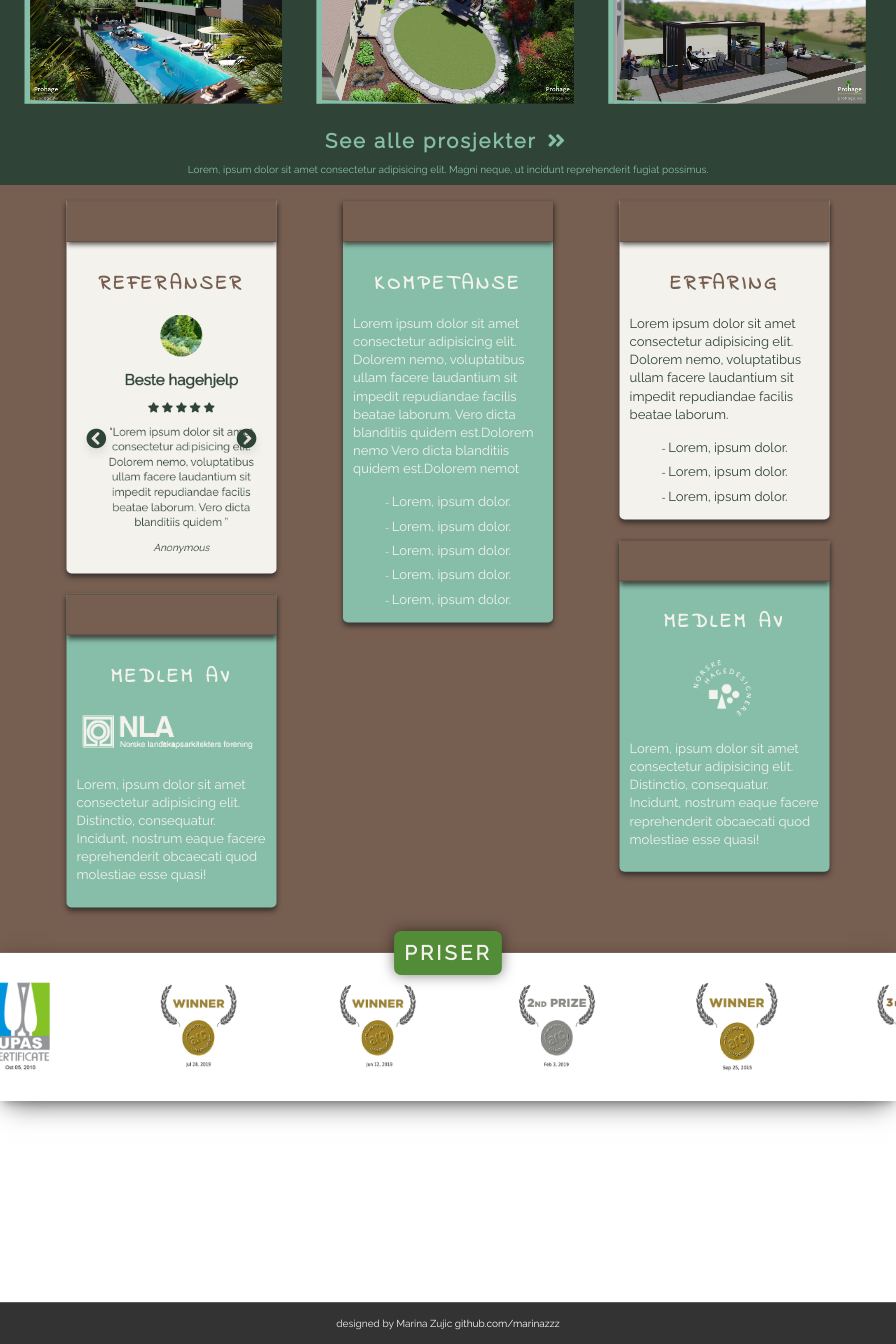
Repository: marinazzz/garden-design-website
Page: index.html
These files come from the project's save history. The page is drawn as it stood at one moment and after the next save; the edit follows.
The browser window is 1280 px wide. The pictures show the part of the page from y = 1526 to 3446 px (the page is 3446 px tall), at 70% of full size.

Above is the page before, as saved 2020-04-13 14:52:52.

After the next save:
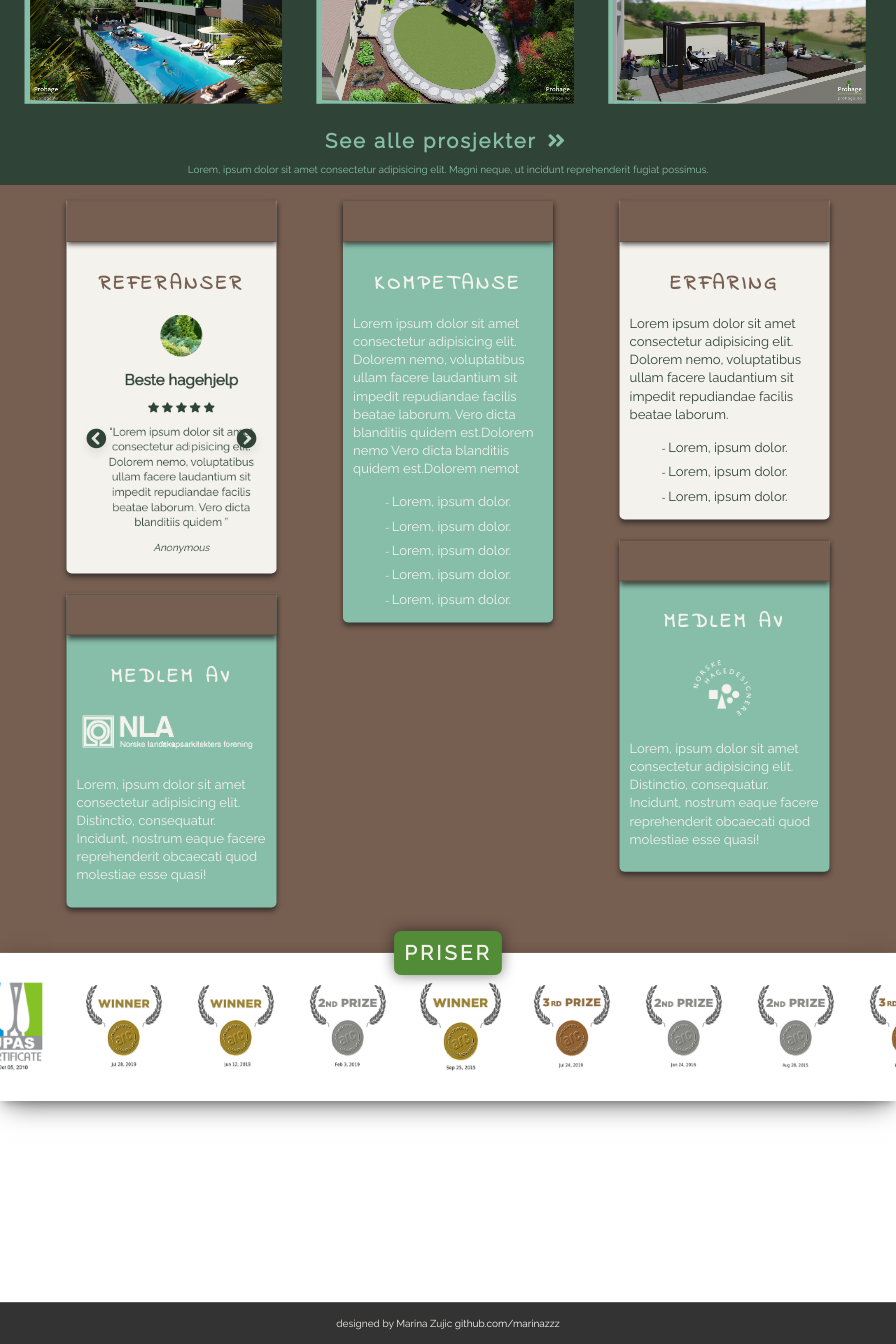
Saved 90 s later.
--- a/JS/js-app.js
+++ b/JS/js-app.js
@@ -29,7 +29,7 @@ document.addEventListener('DOMContentLoaded', function () {
     type: 'carousel',
     autoplay: true,
     gap: 0,
-    perView: 5,
+    perView: 8,
     autoplay: 5000,
     animationDuration: 1000,
     breakpoints: {

After the save that followed:
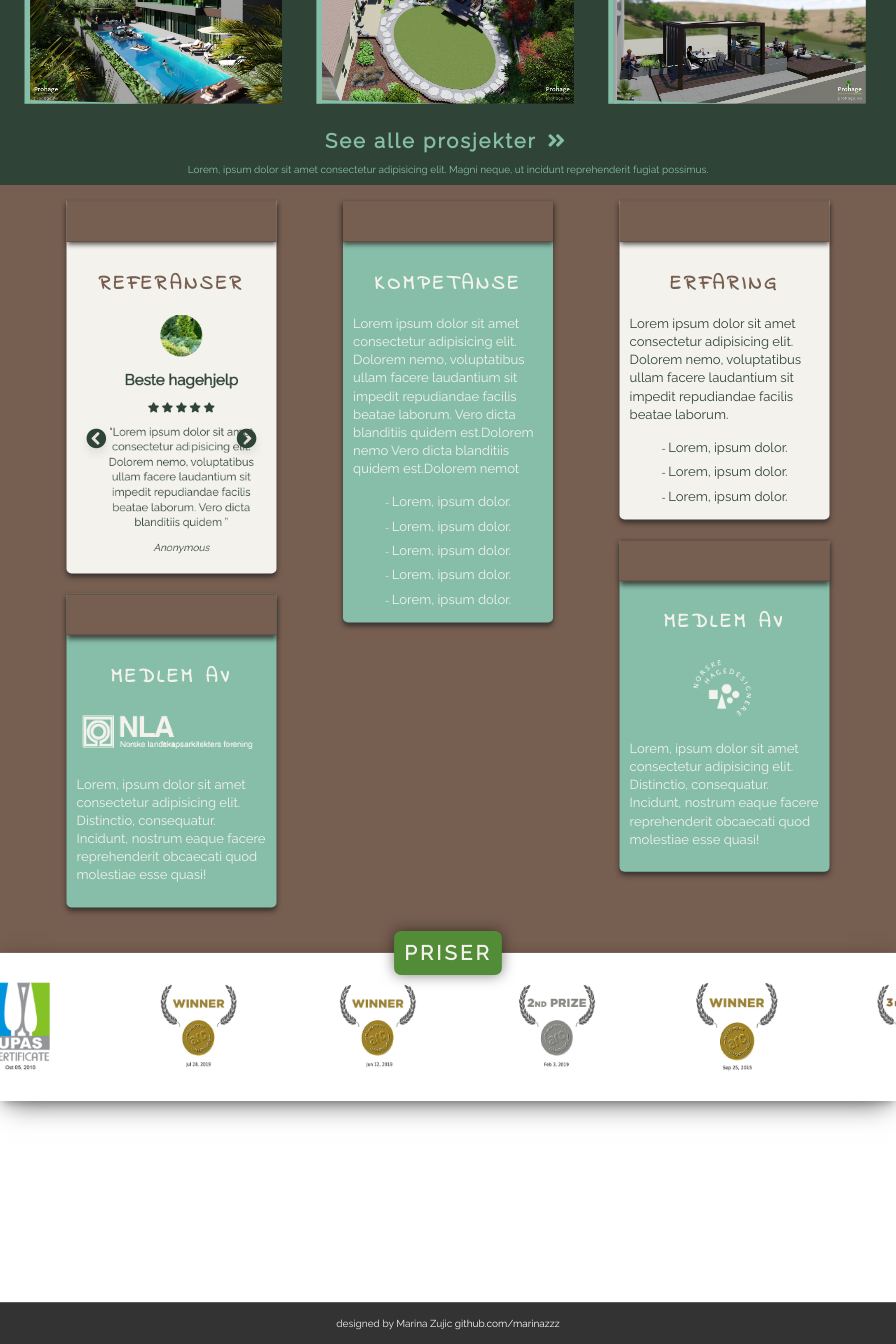
Saved 16 s later.
--- a/JS/js-app.js
+++ b/JS/js-app.js
@@ -29,7 +29,7 @@ document.addEventListener('DOMContentLoaded', function () {
     type: 'carousel',
     autoplay: true,
     gap: 0,
-    perView: 8,
+    perView: 5,
     autoplay: 5000,
     animationDuration: 1000,
     breakpoints: {
